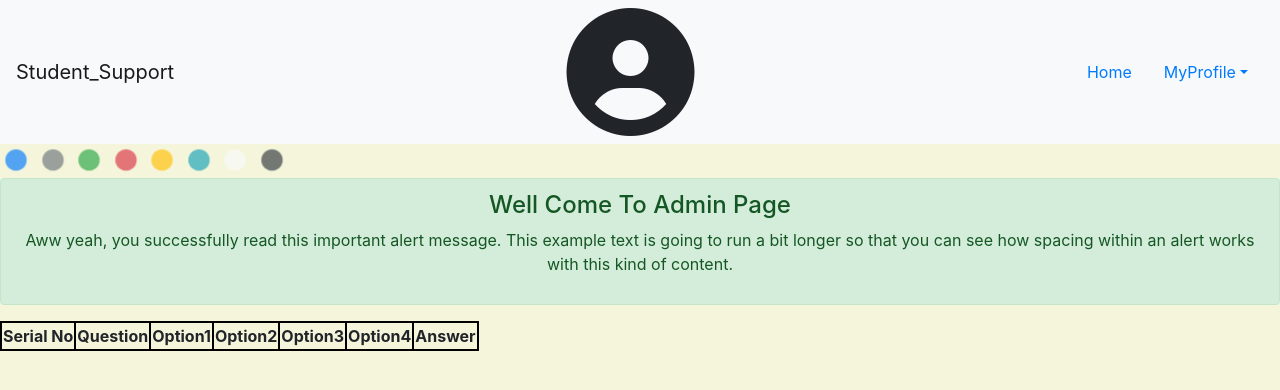
Repository: FeelHack/STUDENT-EXAMINATION-SYSTEM
Page: http://localhost/Exam_System/Admin/ViewQuestion.jsp
These files come from the project's save history. The page is drawn as it stood at one moment and after the next save; the edit follows.
The browser window is 1280 px wide. The pictures show the whole page.
Some web libraries are served in a nearby version. The page is served by Tomcat 9. Other server files are loaded and not shown. Queries for data that is not in the repository find no rows.

Above is the page before, as saved 2020-03-10 20:14:02.

### Exam System/WebContent/Admin/ViewQuestion.jsp
<%@ page language="java" contentType="text/html; charset=UTF-8"
    pageEncoding="UTF-8"%>

<%@page import="java.sql.Connection" %>
<%@page import="com.connection.ConnectionClass" %>
<%@page import="java.sql.PreparedStatement"%>
<%@page import="java.sql.ResultSet"%>

 <!doctype html>
<html lang="en">
  <head>

    <meta charset="utf-8">
    <meta name="viewport" content="width=device-width, initial-scale=1, shrink-to-fit=no">

    <!-- Bootstrap CSS -->
    <link rel="stylesheet" href="https://stackpath.bootstrapcdn.com/bootstrap/4.4.1/css/bootstrap.min.css" integrity="sha384-Vkoo8x4CGsO3+Hhxv8T/Q5PaXtkKtu6ug5TOeNV6gBiFeWPGFN9MuhOf23Q9Ifjh" crossorigin="anonymous">
    <!-- Optional JavaScript -->
    <!-- jQuery first, then Popper.js, then Bootstrap JS -->
    <script src="https://code.jquery.com/jquery-3.4.1.slim.min.js" integrity="sha384-J6qa4849blE2+poT4WnyKhv5vZF5SrPo0iEjwBvKU7imGFAV0wwj1yYfoRSJoZ+n" crossorigin="anonymous"></script>
    <script src="https://cdn.jsdelivr.net/npm/popper.js@1.16.0/dist/umd/popper.min.js" integrity="sha384-Q6E9RHvbIyZFJoft+2mJbHaEWldlvI9IOYy5n3zV9zzTtmI3UksdQRVvoxMfooAo" crossorigin="anonymous"></script>
    <script src="https://stackpath.bootstrapcdn.com/bootstrap/4.4.1/js/bootstrap.min.js" integrity="sha384-wfSDF2E50Y2D1uUdj0O3uMBJnjuUD4Ih7YwaYd1iqfktj0Uod8GCExl3Og8ifwB6" crossorigin="anonymous"></script>
    <script src="https://kit.fontawesome.com/1737af4a09.js" crossorigin="anonymous"></script>


   <style>
      table,th,tr,td
      {
          border:2px solid black;
      }
   </style>

  </head>


  <body style="background-color: beige;">
    <nav id="navbar-example2" class="navbar navbar-light bg-light">
        <a class="navbar-brand" href="admin.jsp">Student_Support</a>

        <i class="fas fa-user-circle fa-8x" style="text-align: center;"></i>
        <ul class="nav nav-pills">
          <li class="nav-item">
            <a class="nav-link" href="admin.jsp">Home</a>
          </li>
          <li class="nav-item dropdown">
            <a class="nav-link dropdown-toggle" data-toggle="dropdown" href="#" role="button" aria-haspopup="true" aria-expanded="false">MyProfile</a>
            <div class="dropdown-menu">
              <a class="dropdown-item" href="#one">View Profile</a>
              <a class="dropdown-item" href="#two">Edit My Profile</a>
              <div role="separator" class="dropdown-divider"></div>
              <a class="dropdown-item" href="../logout.jsp">Signout</a>
            </div>
          </li>
        </ul>
      </nav>


      <div class="spinner-grow text-primary" role="status">
        <span class="sr-only">Loading...</span>
      </div>
      <div class="spinner-grow text-secondary" role="status">
        <span class="sr-only">Loading...</span>
      </div>
      <div class="spinner-grow text-success" role="status">
        <span class="sr-only">Loading...</span>
      </div>
      <div class="spinner-grow text-danger" role="status">
        <span class="sr-only">Loading...</span>
      </div>
      <div class="spinner-grow text-warning" role="status">
        <span class="sr-only">Loading...</span>
      </div>
      <div class="spinner-grow text-info" role="status">
        <span class="sr-only">Loading...</span>
      </div>
      <div class="spinner-grow text-light" role="status">
        <span class="sr-only">Loading...</span>
      </div>
      <div class="spinner-grow text-dark" role="status">
        <span class="sr-only">Loading...</span>
      </div>

  </div>
      </div>
      <div class="alert alert-success" role="alert" style="text-align: center;">
        <h4 class="alert-heading">Well Come To Admin Page</h4>
        <p>Aww yeah, you successfully read this important alert message. This example text is going to run a bit longer so that you can see how spacing within an alert works with this kind of content.</p>
      </div>
         <table>
                  <tr>
                        <th>Serial No</th>
                        <th>Question</th>
                        <th>Option1</th>
                        <th>Option2</th>
                        <th>Option3</th>
                        <th>Option4</th>
                        <th>Answer</th>
                  </tr>

              <%

                  Connection con=ConnectionClass.createConnection();
                  PreparedStatement pst=con.prepareStatement("select *from Question");
                  ResultSet rs=pst.executeQuery();

                  while(rs.next())
                  {
               	   %>

               	          <tr>
               	                  <td><%=rs.getString("SerialNo") %></td>
               	                  <td><%=rs.getString("Question") %></td>
               	                  <td><%=rs.getString("Option1") %></td>
               	                  <td><%=rs.getString("Option2") %></td>
               	                  <td><%=rs.getString("Option3") %></td>
               	                  <td><%=rs.getString("Option4") %></td>
               	                  <td><%=rs.getString("Answer") %></td>
               	          </tr>


             <%} %>

         </table>
</body>
</html>

### Exam System/src/com/connection/ConnectionClass.java
package com.connection;

import java.sql.Connection;
import java.sql.DriverManager;
import java.sql.SQLException;

/**
 * @author Sanjay Kumar Das
 *
 *Date-05/02/2020
 *
 *Connection Class Logic -This class is used to create connection
 *
 */
public class ConnectionClass {

	  public static Connection createConnection() throws ClassNotFoundException, SQLException
	  {
		  Class.forName("com.mysql.cj.jdbc.Driver");
		  Connection con=DriverManager.getConnection("jdbc:mysql://localhost:3306/Student_System", "root", "FeelDream");
		return con;

	  }
}

After the next save:
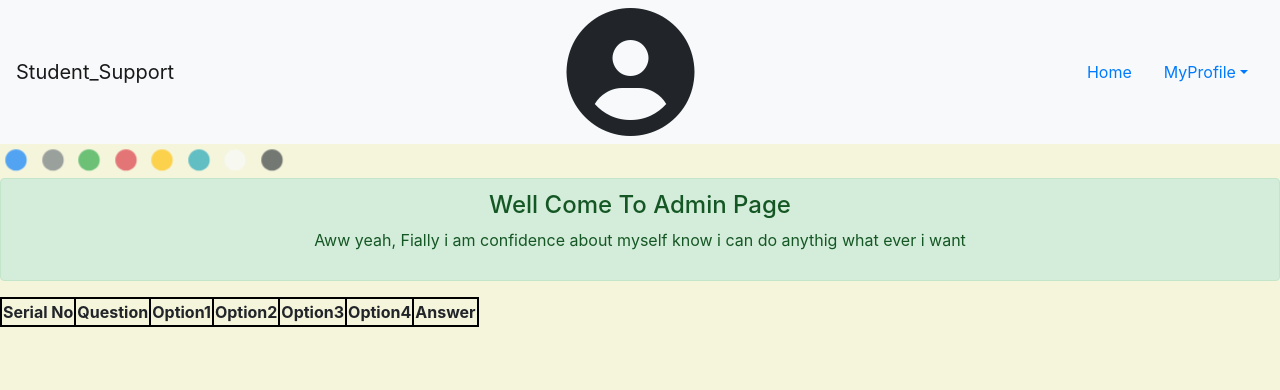
Saved 4 min 26 s later.
--- a/Exam System/WebContent/Admin/ViewQuestion.jsp
+++ b/Exam System/WebContent/Admin/ViewQuestion.jsp
@@ -84,7 +84,7 @@
       </div>
       <div class="alert alert-success" role="alert" style="text-align: center;">
         <h4 class="alert-heading">Well Come To Admin Page</h4>
-        <p>Aww yeah, you successfully read this important alert message. This example text is going to run a bit longer so that you can see how spacing within an alert works with this kind of content.</p>
+        <p>Aww yeah, Fially i am confidence about myself know  i can do anythig what ever i want </p>
       </div>
          <table>
                   <tr>
